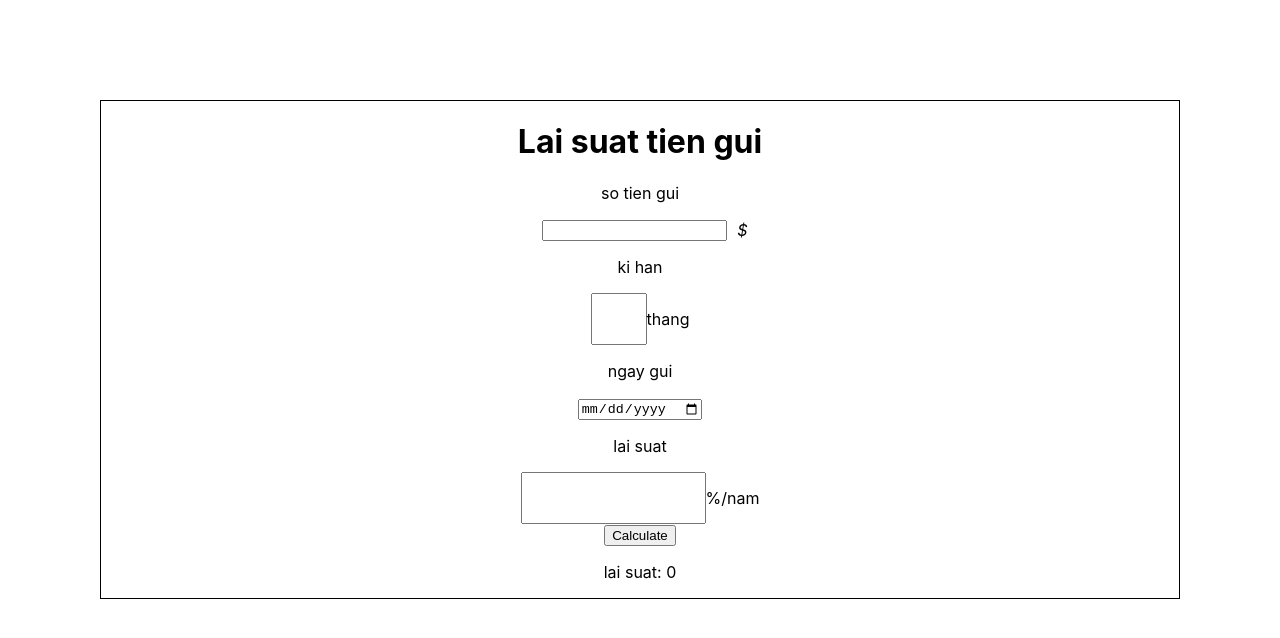
Repository: Trinvm1997/ReactExercise
Page: / (app in interest_rate/)
These files come from the project's save history. The page is drawn as it stood at one moment and after the next save; the edit follows.
The browser window is 1280 px wide. The pictures show the whole page.
The project was rebuilt for these pictures with package versions that can differ from the ones it lists, and the page was loaded fresh each time.

Above is the page before, as saved 2020-12-24 10:07:46.

After the next save:
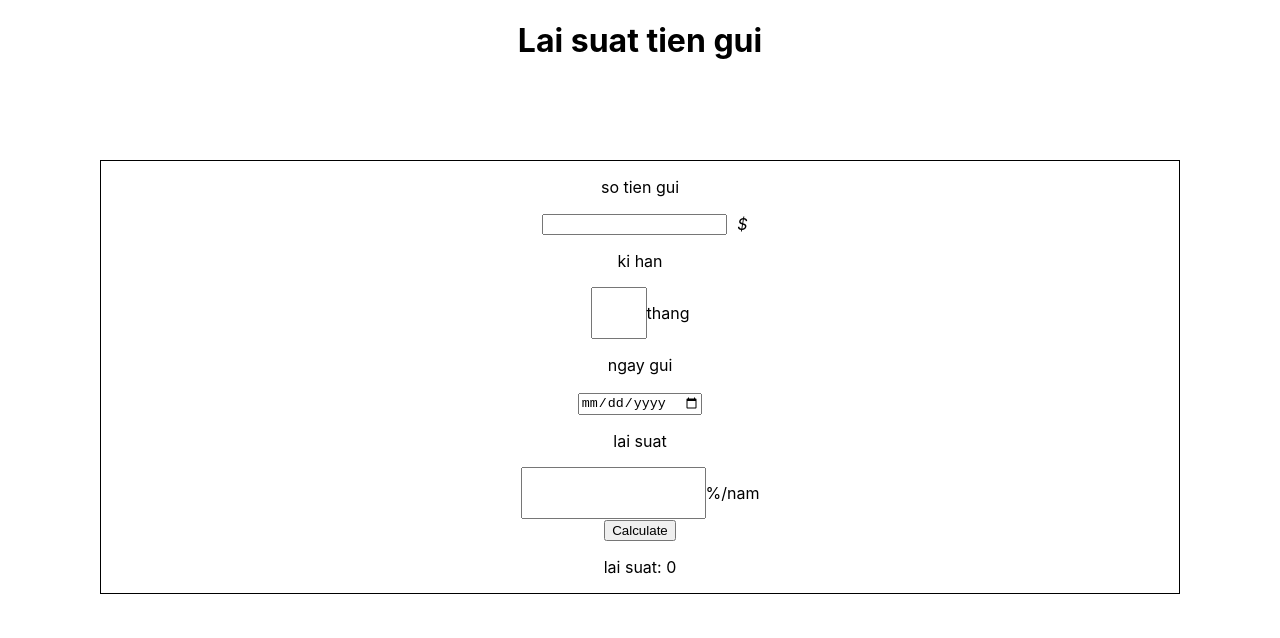
Saved 19 s later.
--- a/interest_rate/src/App.js
+++ b/interest_rate/src/App.js
@@ -32,8 +32,8 @@ class App extends Component {
   render() {
     return (
       <div className="App">
+        <h1>Lai suat tien gui</h1>
         <form>
-          <h1>Lai suat tien gui</h1>
           <p>so tien gui</p>
           <div style={{display: "inline-flex"}}>
             <input onChange={this.handleChange} name="money" type="number" min="1" step="1"></input><i>$</i>
